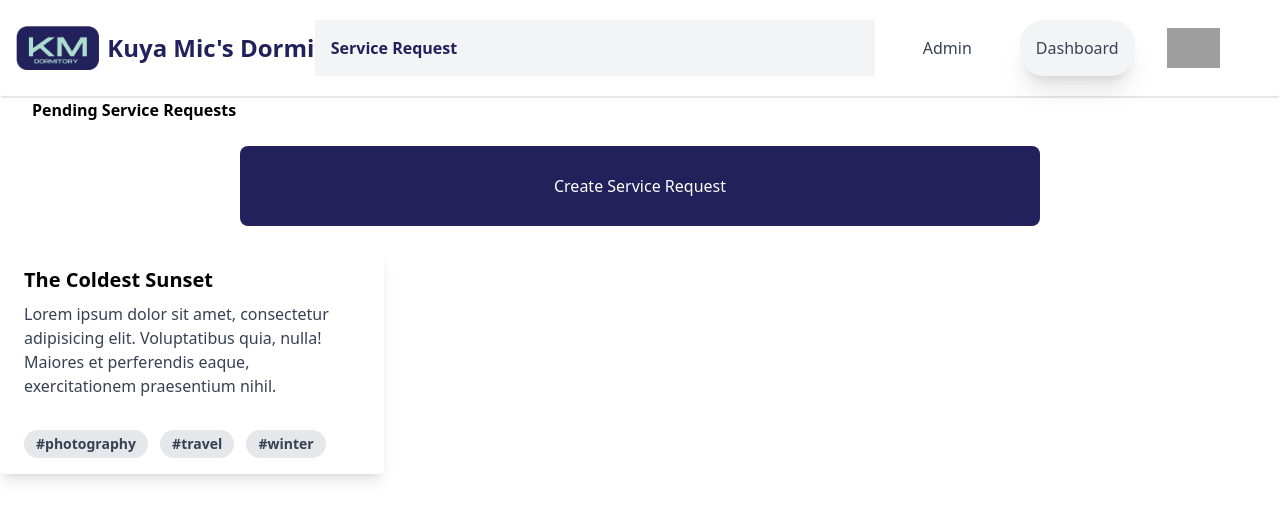
Repository: theamgri/Dormitory-Management-System
Page: servicerequest.html
These files come from the project's save history. The page is drawn as it stood at one moment and after the next save; the edit follows.
The browser window is 1280 px wide. The pictures show the whole page.
Pictures or frames that could not be fetched are drawn as grey boxes. Some web libraries are served in a nearby version.

Above is the page before, as saved 2023-01-12 00:06:31.

### servicerequest.html
<!DOCTYPE html>
<html lang="en">
<head>
    <script src="https://cdn.tailwindcss.com"></script>
    <meta charset="UTF-8">
    <meta http-equiv="X-UA-Compatible" content="IE=edge">
    <meta name="viewport" content="width=device-width, initial-scale=1.0">
    <link rel="icon" type="image/x-icon" href="/assets/logo.png">
    <title>Service Request</title>

    <nav class="bg-white border-b-2 border-gray-200 px-2 sm:px-4 py-1 rounded dark:bg-gray-100">
        <div class="container flex flex-wrap items-center justify-between mx-auto">
          <a href="/" class="flex sm:items-left">
              <img src="/assets/logo.png" class="h-11" alt="KM Logo" />
              <span class="self-center align-middle pl-2 text-2xl font-Montserrat font-bold whitespace-nowrap" style="color: #22215B">Kuya Mic's Dormitory </span>
          </a>

          <button data-collapse-toggle="navbar-default" type="button" class="inline-flex items-center p-2 ml-3 text-sm text-gray-500 rounded-lg md:hidden hover:bg-gray-100 focus:outline-none focus:ring-2 focus:ring-gray-200 dark:text-gray-400 dark:hover:bg-gray-700 dark:focus:ring-gray-600" aria-controls="navbar-default" aria-expanded="false">
          <svg class="w-6 h-6" aria-hidden="true" fill="currentColor" viewBox="0 0 20 20" xmlns="http://www.w3.org/2000/svg"><path fill-rule="evenodd" d="M3 5a1 1 0 011-1h12a1 1 0 110 2H4a1 1 0 01-1-1zM3 10a1 1 0 011-1h12a1 1 0 110 2H4a1 1 0 01-1-1zM3 15a1 1 0 011-1h12a1 1 0 110 2H4a1 1 0 01-1-1z" clip-rule="evenodd"></path></svg>
          </button>
          <div class="hidden w-full md:block md:w-auto" id="navbar-default">

            <ul class="flex flex-col p-4 mt-4 border border-gray-100 rounded-lg md:flex-row md:space-x-8 md:mt-0 md:text-sm md:font-medium md:border-0">

              <li>
                <a href="#" class="block font-bold bg-gray-100 font-Montserrat text-base md:p-4" aria-current="page" style="color: #22215B; margin-left:-35rem;">Service Request</a>
              </li>
              <li>
                <a href="index.html" class="block font-Montserrat rounded text-base md:text-gray-700 md:p-4" aria-current="page">Admin</a>
              </li>
              <li>
                <a href="home.html" class="block shadow-xl bg-gray-100 font-Montserrat rounded-3xl text-base md:text-gray-700 md:p-4" aria-current="page">Dashboard</a>
              </li>
              <li>
                <a href="home.html" class="block py-2 pl-0 pr-4" aria-current="page"><img src="https://icones.pro/wp-content/uploads/2021/02/icone-utilisateur-gris.png" class="h-1 mr-3 sm:h-10" alt="KM Logo" /></a>
              </li>
            </ul>
          </div>

        </div>
      </nav>
</head>
<body>
    <h1 class="text-left pl-8 font-semibold">Pending Service Requests</h1>
    <div class="sm:text-center pb-6">
        <button onclick="location.href='#'" type="submit" class="mt-6 text-white bg-primary-600 focus:ring-4 focus:outline-none focus:ring-primary-300 font-medium rounded-lg text-md px-10 py-2.5 sm:text-center " style="margin-left: 0rem; background-color:#22215B; height: 5rem; width: 50rem;">Create Service Request</button>
      </div>

      <div class="max-w-sm rounded overflow-hidden shadow-lg">
        <div class="px-6 py-4">
            <div class="font-bold text-xl mb-2">The Coldest Sunset</div>
            <p class="text-gray-700 text-base">
              Lorem ipsum dolor sit amet, consectetur adipisicing elit. Voluptatibus quia, nulla! Maiores et perferendis eaque, exercitationem praesentium nihil.
            </p>
          </div>
          <div class="px-6 pt-4 pb-2">
            <span class="inline-block bg-gray-200 rounded-full px-3 py-1 text-sm font-semibold text-gray-700 mr-2 mb-2">#photography</span>
            <span class="inline-block bg-gray-200 rounded-full px-3 py-1 text-sm font-semibold text-gray-700 mr-2 mb-2">#travel</span>
            <span class="inline-block bg-gray-200 rounded-full px-3 py-1 text-sm font-semibold text-gray-700 mr-2 mb-2">#winter</span>
          </div>
      </div>
</body>
</html>

After the next save:
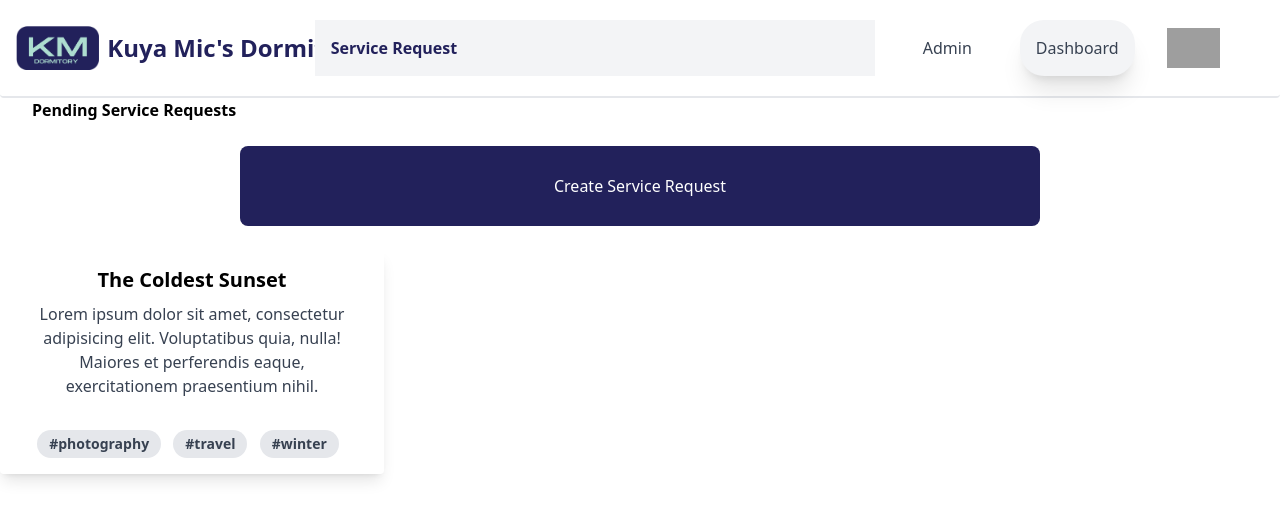
Saved 8 s later.
--- a/servicerequest.html
+++ b/servicerequest.html
@@ -46,7 +46,7 @@
         <button onclick="location.href='#'" type="submit" class="mt-6 text-white bg-primary-600 focus:ring-4 focus:outline-none focus:ring-primary-300 font-medium rounded-lg text-md px-10 py-2.5 sm:text-center " style="margin-left: 0rem; background-color:#22215B; height: 5rem; width: 50rem;">Create Service Request</button>
       </div>
 
-      <div class="max-w-sm rounded overflow-hidden shadow-lg">
+      <div class="text-center max-w-sm rounded overflow-hidden shadow-lg">
         <div class="px-6 py-4">
             <div class="font-bold text-xl mb-2">The Coldest Sunset</div>
             <p class="text-gray-700 text-base">

After the save that followed:
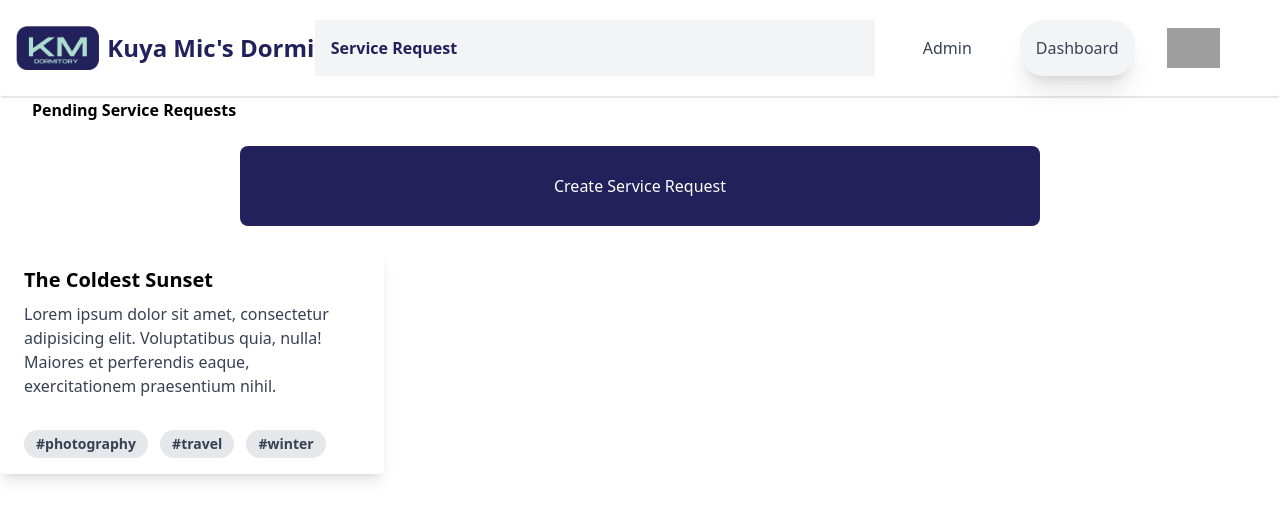
Saved 4 s later.
--- a/servicerequest.html
+++ b/servicerequest.html
@@ -46,7 +46,7 @@
         <button onclick="location.href='#'" type="submit" class="mt-6 text-white bg-primary-600 focus:ring-4 focus:outline-none focus:ring-primary-300 font-medium rounded-lg text-md px-10 py-2.5 sm:text-center " style="margin-left: 0rem; background-color:#22215B; height: 5rem; width: 50rem;">Create Service Request</button>
       </div>
 
-      <div class="text-center max-w-sm rounded overflow-hidden shadow-lg">
+      <div class="max-w-sm rounded overflow-hidden shadow-lg">
         <div class="px-6 py-4">
             <div class="font-bold text-xl mb-2">The Coldest Sunset</div>
             <p class="text-gray-700 text-base">
